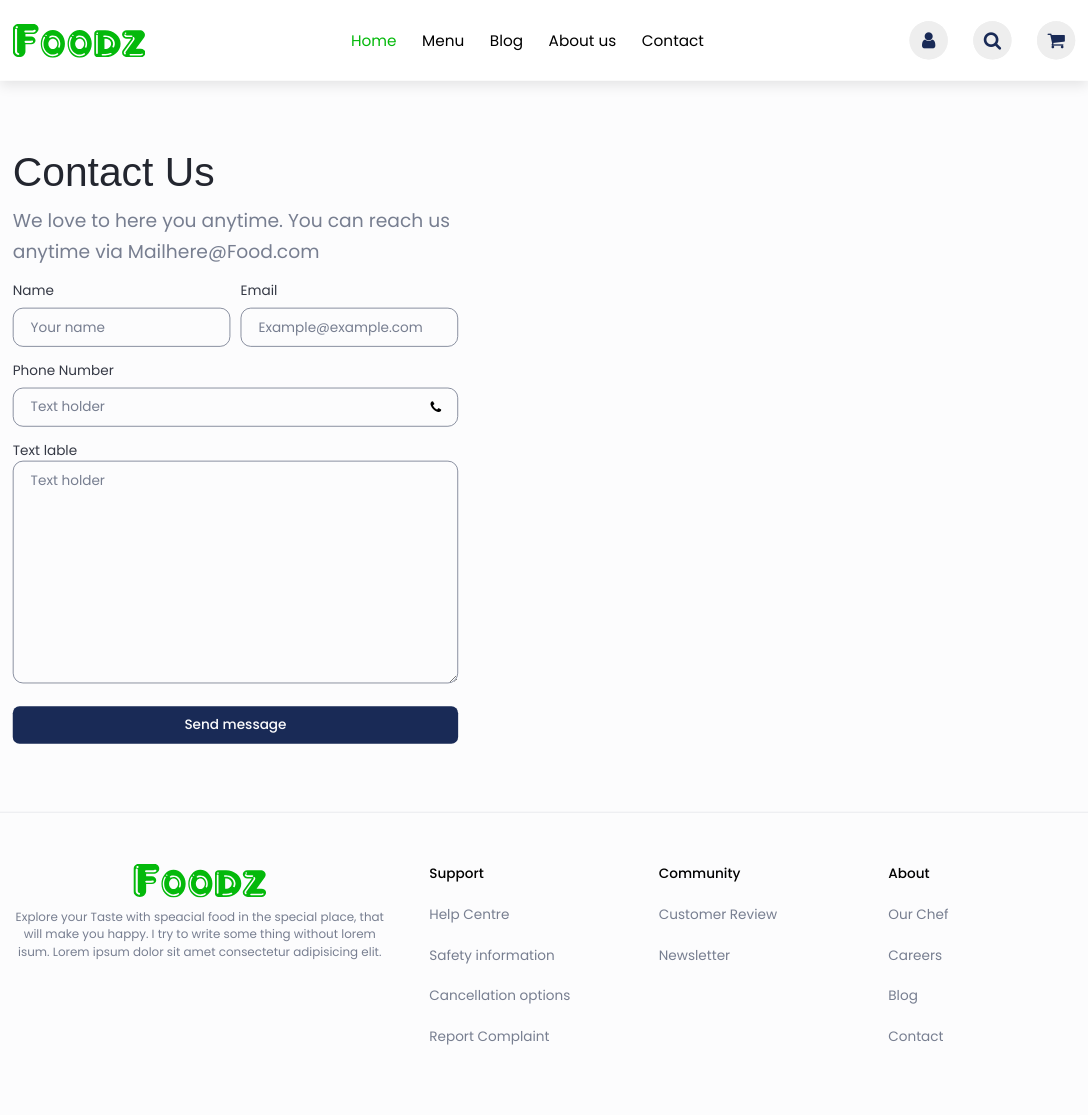
Repository: Toan3333/fooz
Page: assets/pages/contact.html
An editor plug-in stored every save of this project. The page is shown before and after the next save, followed by the edit.
The browser window is 1280 px wide. The pictures show the whole page, at 85% of full size.
Some web fonts or font styles are not loaded; a fallback is used.

Above is the page before, as saved 2023-06-01 13:08:43.

### assets/pages/contact.html
<!DOCTYPE html>
<html lang="en">
  <head>
    <meta charset="UTF-8" />
    <meta http-equiv="X-UA-Compatible" content="IE=edge" />
    <meta name="viewport" content="width=device-width, initial-scale=1.0" />
    <title>Contact Us</title>
    <link rel="stylesheet" href="/assets/css/style.css" />
    <link
      href="https://fonts.googleapis.com/css?family=Poppins:100,100italic,200,200italic,300,300italic,regular,italic,500,500italic,600,600italic,700,700italic,800,800italic,900,900italic"
      rel="stylesheet"
    />
    <link
      href="https://fonts.googleapis.com/css?family=Alice:regular"
      rel="stylesheet"
    />
    <link
      rel="stylesheet"
      href="https://cdnjs.cloudflare.com/ajax/libs/font-awesome/4.7.0/css/font-awesome.min.css"
    />
  </head>
  <body>
    <div class="app">
      <!-- header -->
      <header class="header">
        <div class="container">
          <div class="header-main">
            <div class="header-logo">
              <img src="/assets/images/Logo.svg" alt="" />
            </div>
            <div class="header-menu">
              <ul class="header-nav">
                <li class="header-list">
                  <a href="/index.html" class="header-link active">Home</a>
                </li>
                <li class="header-list">
                  <a href="#" class="header-link">Menu</a>
                </li>
                <li class="header-list">
                  <a href="#" class="header-link">Blog</a>
                </li>
                <li class="header-list">
                  <a href="#" class="header-link">About us</a>
                </li>
                <li class="header-list">
                  <a href="#" class="header-link">Contact</a>
                </li>
              </ul>
            </div>
            <div class="header-auth">
              <div class="header-icon">
                <a href="#">
                  <i class="fa fa-user" aria-hidden="true"></i>
                </a>
                <a href="#">
                  <i class="fa fa-search" aria-hidden="true"></i>
                </a>
                <a href="#">
                  <i class="fa fa-shopping-cart" aria-hidden="true"></i>
                </a>
              </div>
            </div>
          </div>
        </div>
      </header>
      <!-- header end -->
      <div class="contact">
        <div class="container">
          <div class="contact-main">
            <div class="contact-content">
              <div class="contact-heading">
                <h3 class="contact-title">Contact us</h3>
                <div class="contact-text">
                  We love to here you anytime. You can reach us anytime via
                  <span>Mailhere@Food.com</span>
                </div>
              </div>
              <div class="form-container">
                <div class="form-field form-item">
                  <div class="form-field__title">Name</div>
                  <input type="text" placeholder="Your name" />
                </div>
                <div class="form-field form-item">
                  <div class="form-field__title">Email</div>
                  <input type="text" placeholder="Example@example.com" />
                </div>
              </div>
              <div class="form-field">
                <div class="form-field__title">Phone Number</div>
                <div class="form-item form-items">
                  <input type="text" placeholder="Text holder" />
                  <i class="fa fa-phone form-item__icon" aria-hidden="true"></i>
                </div>
              </div>
              <div class="form-field">
                <div class="form-field__title">Text lable</div>
                <textarea name="" id="" cols="30" rows="10">
Text holder</textarea
                >
              </div>
              <div class="contact-btn">
                <button class="button-primary contact-button">
                  Send message
                </button>
              </div>
            </div>
            <div class="contact-map"></div>
          </div>
        </div>
      </div>
      <footer class="footer">
        <div class="container">
          <div class="footer-list">
            <div class="footer-column">
              <div class="footer-center">
                <div class="footer-logo">
                  <img src="/assets/images/Logo.svg" alt="" />
                </div>
                <p class="footer-desc">
                  Explore your Taste with speacial food in the special place,
                  that will make you happy. I try to write some thing without
                  lorem isum. Lorem ipsum dolor sit amet consectetur adipisicing
                  elit.
                </p>
              </div>
            </div>
            <div class="footer-column">
              <h3 class="footer-title">Support</h3>
              <ul class="footer-menu">
                <li class="footer-item"><a href="#">Help Centre</a></li>
                <li class="footer-item"><a href="#">Safety information</a></li>
                <li class="footer-item">
                  <a href="#">Cancellation options</a>
                </li>
                <li class="footer-item"><a href="#">Report Complaint</a></li>
              </ul>
            </div>
            <div class="footer-column">
              <h3 class="footer-title">Community</h3>
              <ul class="footer-menu">
                <li class="footer-item"><a href="#">Customer Review</a></li>
                <li class="footer-item"><a href="#">Newsletter</a></li>
              </ul>
            </div>
            <div class="footer-column">
              <h3 class="footer-title">About</h3>
              <ul class="footer-menu">
                <li class="footer-item"><a href="#">Our Chef</a></li>
                <li class="footer-item"><a href="#">Careers</a></li>
                <li class="footer-item">
                  <a href="#">Blog</a>
                </li>
                <li class="footer-item"><a href="#">Contact</a></li>
              </ul>
            </div>
          </div>
        </div>
      </footer>
      <!-- loader -->
      <!-- <div class="loader-container">
        <img src="./assets/images/loader.gif" alt="" />
      </div> -->
      <!-- loader end -->
    </div>
  </body>
</html>

### assets/css/style.css
*,
*:before,
*:after {
  box-sizing: border-box;
  text-decoration: none;
  list-style: none;
}
:root {
  --font-primary: "Poppins", sans-serif;
  --font-secondary: "Alice", sans-serif;
  --primary-color: #04b90b;
  --black: #000000;
  --gray: #777e90;
  --black-2: #23262f;
  --bg-primary: #fcfcfd;
  --gray-2: #f4f5f6;
  --gray-3: #353945;
  --btn-color: #192a56;
}
* {
  margin: 0;
  padding: 0;
  font: inherit;
}
img,
picture,
svg,
video {
  display: block;
  max-width: 100%;
}
input,
select,
textarea {
  background-color: transparent;
  outline: none;
}
button {
  cursor: pointer;
  background-color: transparent;
  outline: none;
  border: 0;
}
body {
  min-height: 100vh;
  font-weight: 400;
  font-size: 16px;
  line-height: 1;
  font-family: var(--font-primary);
  background-color: var(--bg-primary);
  color: var(--black);
}
.container {
  max-width: 1330px;
  width: 100%;
  margin: 0 auto;
  padding: 0 15px;
}
/* HEADER */
.header {
  position: sticky;
  top: 0;
  left: 0;
  right: 0;
  z-index: 1000;
  padding: 25px 0;
  background-color: #fff;
  box-shadow: 0 5px 15px rgba(0, 0, 0, 0.1);
}
.header-main {
  display: flex;
  justify-content: space-between;
  align-items: center;
}
.header-logo {
  cursor: pointer;
}
.header-nav {
  display: flex;
  align-items: center;
  gap: 30px;
}
.header-link {
  font-size: 18px;
  line-height: 30px;
  font-weight: 400;
  color: var(--black);
}
.header-link:hover {
  color: var(--primary-color);
  transition: all 0.2s linear;
}
.header-link.active {
  color: var(--primary-color);
}
.header-icon {
  display: flex;
  align-items: center;
  gap: 30px;
  font-size: 22px;
}
.header-icon a,
.header-icon i {
  width: 45px;
  height: 45px;
  line-height: 45px;
  border-radius: 100rem;
  text-align: center;
  color: var(--btn-color);
  background-color: #eee;
  transition: 0.2s linear;
}
.header-icon a:hover,
.header-icon i:hover {
  color: #fff;
  background-color: var(--primary-color);
  transform: rotate(180deg);
}

/* HEADER END */

/* HERO */
.hero {
  padding: 60px 0;
}
.hero-main {
  display: flex;
  justify-content: space-between;
  gap: 40px;
}
.hero-content {
  max-width: 677px;
  width: 100%;
}
.hero-title {
  font-size: 65px;
  font-weight: 400;
  font-family: var(--font-secondary);
  line-height: 70px;
  letter-spacing: -0.5%;
  margin-bottom: 30px;
}
.hero-desc {
  font-size: 24px;
  font-weight: 400;
  line-height: 36px;
  color: var(--gray);
  margin-bottom: 25px;
}
.hero-cta {
  margin-bottom: 105px;
}
.hero-btn {
  display: flex;
  align-items: center;
  gap: 24px;
}
.hero-btn span {
  font-size: 16px;
  line-height: 24px;
  font-weight: 400;
  color: var(--primary-color);
}
.button-primary {
  background-color: var(--btn-color);
  border-radius: 8px;
  padding: 10px 20px;
  font-size: 16px;
  line-height: 24px;
  font-weight: 500;
  color: var(--bg-primary);
  transition: all 0.2s linear;
}
.button-primary:hover {
  background-color: var(--primary-color);
  letter-spacing: 1px;
}
.hero-info {
  max-width: 576px;
  width: 100%;
  background-color: var(--gray-2);
  border-radius: 16px;
  padding: 28px 56px 28px 56px;
}
.hero-list {
  display: flex;
  align-items: center;
  justify-content: space-between;
}
.hero-item {
  text-align: center;
}
.hero-number {
  font-size: 32px;
  line-height: 48px;
  font-weight: 600;
  color: var(--gray);
}
.hero-text {
  font-size: 20px;
  line-height: 30px;
  color: var(--gray);
  font-weight: 400;
}
.hero-image {
  width: 100%;
}
.hero-image img {
  width: 100%;
}
/* HERO END*/

/* SERVICE */
.service {
  padding: 80px 0;
}
.text-center__primary {
  max-width: 440px;
  margin: 0 auto;
  text-align: center;
  font-size: 48px;
  font-weight: 400;
  line-height: 55px;
  font-family: var(--font-secondary);
  text-transform: capitalize;
}
.text-primary {
  color: var(--primary-color);
}
.service-list {
  margin-top: 80px;
  display: grid;
  grid-template-columns: repeat(3, 1fr);
  grid-gap: 70px;
}
.service-item {
  display: flex;
  align-items: center;
  justify-content: center;
  flex-direction: column;
  padding: 40px 36px;
  text-align: center;
  cursor: pointer;
}
.service-item:hover {
  background: #ffffff;
  box-shadow: 0px 10px 27px rgba(53, 53, 53, 0.05);
  transition: 0.2s linear;
}
.service-icon {
  margin-bottom: 24px;
}
.service-icon a {
  width: 120px;
  height: 120px;
  border-radius: 100rem;
  background: #ffffff;
  box-shadow: 5px 9px 16px rgba(0, 0, 0, 0.04);
  display: inline-flex;
  align-items: center;
  justify-content: center;
}
.service-title {
  font-size: 28px;
  line-height: 42px;
  font-weight: 400;
  color: var(--black-2);
  margin-bottom: 6px;
}
.service-desc {
  font-size: 16px;
  line-height: 24px;
  font-weight: 400;
  color: var(--gray-3);
}
/* SERVICE END*/

/* ABOUT */
.about {
  padding: 80px 0;
}
.about-heading {
  text-align: center;
}
.about-main {
  display: flex;
  justify-content: space-between;
  align-items: center;
  gap: 130px;
  margin-top: 80px;
}
.about-center {
  max-width: 475px;
}
.about-image {
  max-width: 500px;
  width: 100%;
}
.about-image img {
  width: 100%;
}
.about-content {
  width: 100%;
}
.about-info {
  display: flex;
  align-items: center;
  gap: 94px;
  font-family: var(--font-secondary);
  margin-bottom: 12px;
}
.about-name {
  font-size: 24px;
  color: var(--primary-color);
  font-weight: 400;
  line-height: 28px;
}
.about-view {
  display: flex;
  align-items: center;
  gap: 12px;
  font-size: 14px;
  font-weight: 500;
  line-height: 20px;
  color: var(--primary-color);
}
.about-desc {
  font-size: 18px;
  line-height: 27px;
  font-weight: 400;
  color: var(--gray-3);
}
/* ABOUT END*/

/* SPECIAL */
.special {
  padding: 80px 0;
}
.special-center {
  max-width: 770px;
  margin: 0 auto;
  width: 100%;
}
.text-bottom {
  margin-top: 12px;
  font-size: 24px;
  line-height: 36px;
  color: var(--gray-3);
  font-weight: 400;
  font-family: var(--font-primary);
}
.special-list {
  margin-top: 80px;
  display: grid;
  grid-template-columns: repeat(3, 1fr);
  grid-gap: 30px;
}
.special-item {
  background-color: #ffffff;
  box-shadow: 0px 10px 27px rgba(53, 53, 53, 0.05);
  border-radius: 15px;
  padding: 24px 28px;
}
.special-image {
  position: relative;
  width: 100%;
  margin-bottom: 24px;
  cursor: pointer;
  text-align: center;
  overflow: hidden;
}
.special-image .fa-heart,
.special-image .fa-eye {
  position: absolute;
  top: 15px;
  height: 50px;
  width: 50px;
  line-height: 50px;
  background-color: #eee;
  font-size: 20px;
  border-radius: 50%;
  transition: all 0.2s linear;
}
.special-image .fa-heart:hover,
.special-image .fa-eye:hover {
  background-color: var(--primary-color);
  color: #fff;
}
.special-image .fa-heart {
  right: -150px;
}
.special-image .fa-eye {
  left: -150px;
}
.special-image:hover .fa-heart {
  right: 15px;
}
.special-image:hover .fa-eye {
  left: 15px;
}

.special-image img {
  width: 100%;
}
.special-title {
  font-size: 32px;
  line-height: 37px;
  font-weight: 400;
  color: var(--black-2);
  margin-bottom: 12px;
  font-family: var(--font-secondary);
  cursor: pointer;
}
.special-title:hover {
  color: var(--primary-color);
  transition: 0.2s linear;
}
.special-rating {
  display: flex;
  align-items: center;
  gap: 12px;
  margin-bottom: 12px;
}
.special-icon i {
  color: var(--primary-color);
}
.special-views {
  font-size: 16px;
  line-height: 24px;
  font-weight: 400;
  color: var(--gray-3);
}
.special-bottom {
  display: flex;
  align-items: center;
  justify-content: space-between;
}
.special-price {
  font-size: 40px;
  line-height: 40px;
  font-weight: 400;
  color: var(--primary-color);
  font-family: var(--font-secondary);
  text-transform: capitalize;
}
.special-arrows {
  margin-top: 48px;
  display: inline-block;
  position: relative;
  left: 50%;
  transform: translateX(-50%);
  cursor: pointer;
}
.special-main {
  display: flex;
  align-items: center;
  gap: 8px;
}
.special-btn-arrow i {
  width: 40px;
  height: 40px;
  border-radius: 100rem;
  display: inline-flex;
  border: 2px solid #e6e8ec;
  border-radius: 40px;
  align-items: center;
  justify-content: center;
  transition: 0.2s ease-in-out;
}
.special-btn-arrow i:hover {
  color: white;
  background-color: var(--primary-color);
}
/* SPECIAL END*/
/* form */
.form-main {
  margin-top: 80px;
  display: flex;
  justify-content: space-between;
  align-items: center;
  gap: 105px;
}
.form-content {
  max-width: 544px;
  width: 100%;
}
.form-title {
  font-size: 24px;
  font-weight: 400;
  line-height: 36px;
  color: var(--black-2);
  margin-bottom: 4px;
}
.form-text {
  font-size: 16px;
  line-height: 24px;
  font-weight: 400;
  margin-bottom: 24px;
}
.form-list {
  display: flex;
  align-items: center;
  justify-content: space-between;
  margin-bottom: 8px;
  font-size: 16px;
  line-height: 24px;
  font-weight: 400;
}
.form-list span {
  color: var(--primary-color);
}
.form-meal__select {
  width: 100%;
}
.form-meal__select select {
  width: 100%;
  padding: 10px 20px 10px 20px;
  border-radius: 12px;
  color: var(--gray);
}
.form-meal__add {
  color: var(--primary-color);
  display: flex;
  align-items: center;
  gap: 4px;
  font-size: 14px;
  line-height: 21px;
  margin-top: 8px;
}
.form-container {
  display: flex;
  justify-content: space-between;
  align-items: center;
}
.form-field {
  font-size: 16px;
  font-weight: 400;
  line-height: 24px;
  margin-top: 16px;
}
.form-field__title {
  font-size: 16px;
  line-height: 24px;
  font-weight: 400;
  color: var(--gray-3);
}
.form-item {
  max-width: 256px;
  width: 100%;
  position: relative;
}
.form-item.form-items {
  max-width: 544px;
  width: 100%;
}
.form-input__cash {
  width: 100%;
}
.form-item__icon {
  position: absolute;
  top: 23px;
  right: 20px;
}
.form-field input {
  width: 100%;
  padding: 10px 20px 10px 20px;
  border-radius: 12px;
  border: 1px solid var(--gray);
  margin-top: 8px;
}
.form-field input::placeholder {
  font-size: 16px;
  font-weight: 400;
  color: var(--gray);
}
.form-field.form-item {
  max-width: 256px;
  width: 100%;
}
.form-field textarea {
  width: 100%;
  padding: 10px 20px;
  border: 1px solid var(--gray);
  border-radius: 12px;
  color: var(--gray);
  font-weight: 400;
}
.form-price {
  font-size: 16px;
  line-height: 24px;
  font-weight: 400;
  color: var(--gray);
  display: flex;
  align-items: center;
  gap: 6px;
  margin-bottom: 32px;
}
.form-price span {
  font-size: 24px;
  line-height: 27px;
  font-family: var(--font-secondary);
  font-weight: 400;
  color: var(--primary-color);
}
.form-image {
  width: 100%;
}
.form-image img {
  width: 100%;
}
.loader-container {
  position: fixed;
  top: 0;
  left: 0;
  z-index: 10000;
  display: flex;
  justify-content: center;
  align-items: center;
  height: 100%;
  width: 100%;
  background-color: #fff;
}
.loader-container.fade-out {
  top: -120%;
}
.blog {
  padding: 80px 0px;
}
.blog-list {
  margin-top: 80px;
  display: grid;
  grid-template-columns: repeat(3, 1fr);
  grid-gap: 30px;
}
.blog-image {
  transition: 0.2s linear;
  width: 100%;
  overflow: hidden;
  cursor: pointer;
}

.blog-image img {
  width: 100%;
  transition: all 0.3s ease-in-out;
}
.blog-image:hover img {
  transform: scale(1.1);
}
.blog-content {
  padding: 15px 20px;
  border: 1px solid #e5e5e5;
  background-color: #ffffff;
}
.blog-title {
  font-size: 20px;
  line-height: 32px;
  margin-bottom: 8px;
  cursor: pointer;
  transition: 0.2s linear;
}
.blog-title:hover {
  color: var(--primary-color);
}
.blog-desc {
  font-size: 16px;
  line-height: 24px;
  font-weight: 400;
  color: var(--gray);
  margin-bottom: 12px;
}
.menu {
  padding: 80px 0;
}
.menu-center {
  margin-bottom: 32px;
}
.tab {
  max-width: 672px;
  width: 100%;
  margin: 0 auto;
  background-color: white;
  padding: 8px;
  box-shadow: 0px 3px 9px rgba(1, 5, 20, 0.05);
  border-radius: 8px;
  display: grid;
  grid-template-columns: repeat(3, 1fr);
  grid-gap: 36px;
}
.tab-item {
  display: flex;
  align-items: center;
  padding: 12px;
  cursor: pointer;
  transition: all 0.2s linear;
  gap: 8px;
}
.tab-item img {
  width: 33px;
  height: 33px;
}
.tab-item.active {
  background-color: var(--primary-color);
  color: white;
  border-radius: 8px;
}
.tab-item:hover {
  background-color: var(--primary-color);
  border-radius: 8px;
  color: white;
}
.contact {
  padding: 80px 0;
}
.contact-main {
  display: flex;
  justify-content: space-between;
  align-items: center;
  gap: 135px;
}
.contact-content {
  max-width: 524px;
  width: 100%;
}
.contact-title {
  font-size: 48px;
  font-weight: 400;
  line-height: 55px;
  text-transform: capitalize;
  color: var(--black-2);
  font-family: var(--font-secondary);
  margin-bottom: 12px;
}
.contact-text {
  font-size: 22px;
  font-weight: 400;
  line-height: 36px;
  color: var(--gray);
}
.contact-btn {
  margin-top: 20px;
  width: 100%;
}
.contact-button {
  width: 100%;
}
.footer {
  padding-bottom: 80px;
  border-top: 1px solid #e6e8ec;
  padding-top: 60px;
}
.footer-list {
  display: grid;
  grid-template-columns: 2fr 1fr 1fr 1fr;
  grid-gap: 50px;
}
.footer-center {
  display: flex;
  align-items: center;
  flex-direction: column;
  text-align: center;
}
.footer-logo {
  margin-bottom: 12px;
}
.footer-desc {
  font-size: 14px;
  line-height: 21px;
  color: var(--gray);
  font-weight: 400;
}
.footer-title {
  font-size: 16px;
  line-height: 24px;
  font-weight: 500;
  color: var(--black);
  margin-bottom: 24px;
}
.footer-menu {
  display: flex;
  gap: 24px;
  flex-direction: column;
}
.footer-item a {
  font-size: 16px;
  font-weight: 400;
  line-height: 24px;
  color: var(--gray);
  transition: 0.2s linear;
}
.footer-item a:hover {
  color: var(--primary-color);
}

After the next save:
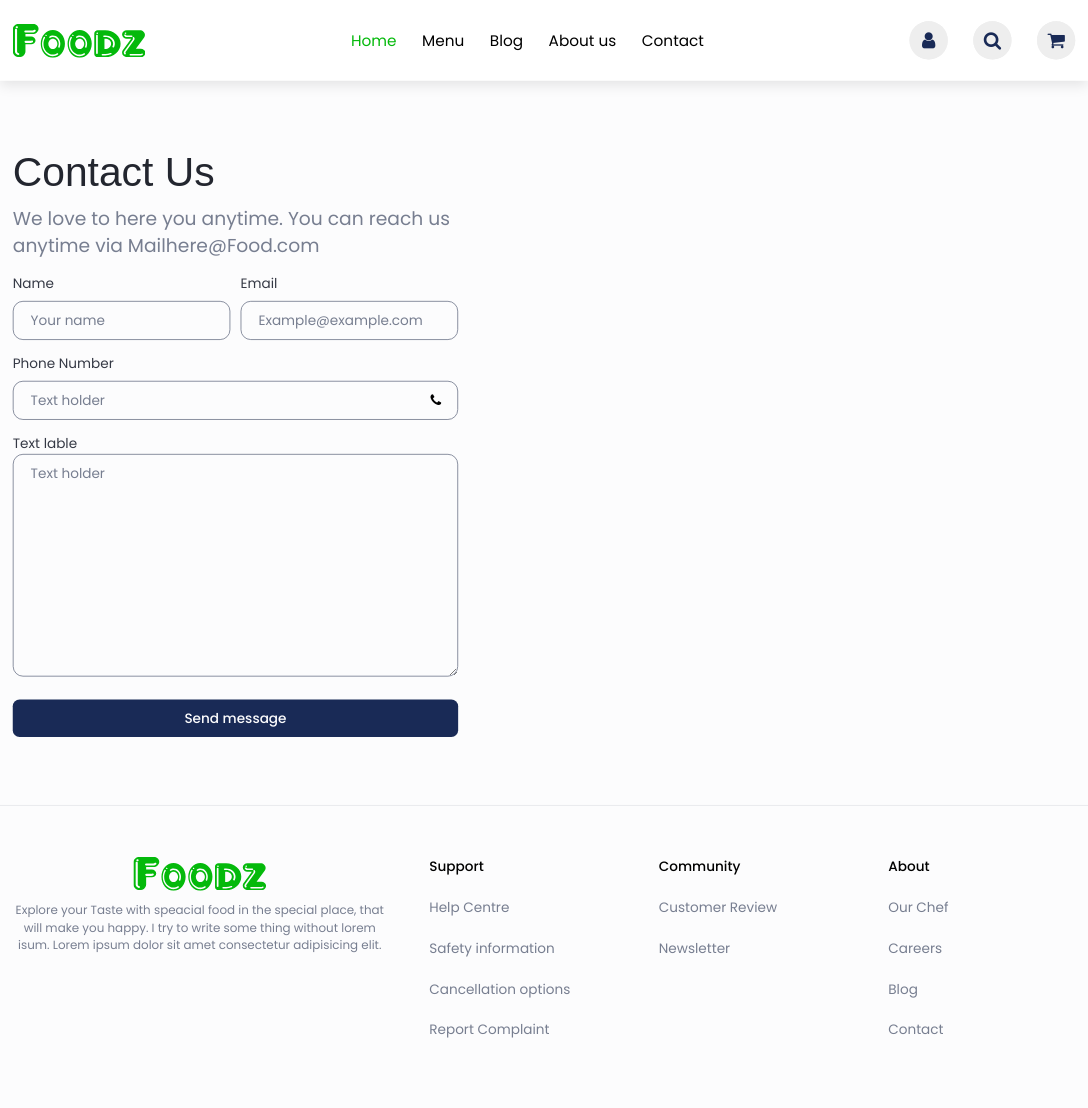
Saved 5 s later.
--- a/assets/css/style.css
+++ b/assets/css/style.css
@@ -733,7 +733,7 @@ body {
 .contact-text {
   font-size: 22px;
   font-weight: 400;
-  line-height: 36px;
+  line-height: 32px;
   color: var(--gray);
 }
 .contact-btn {
